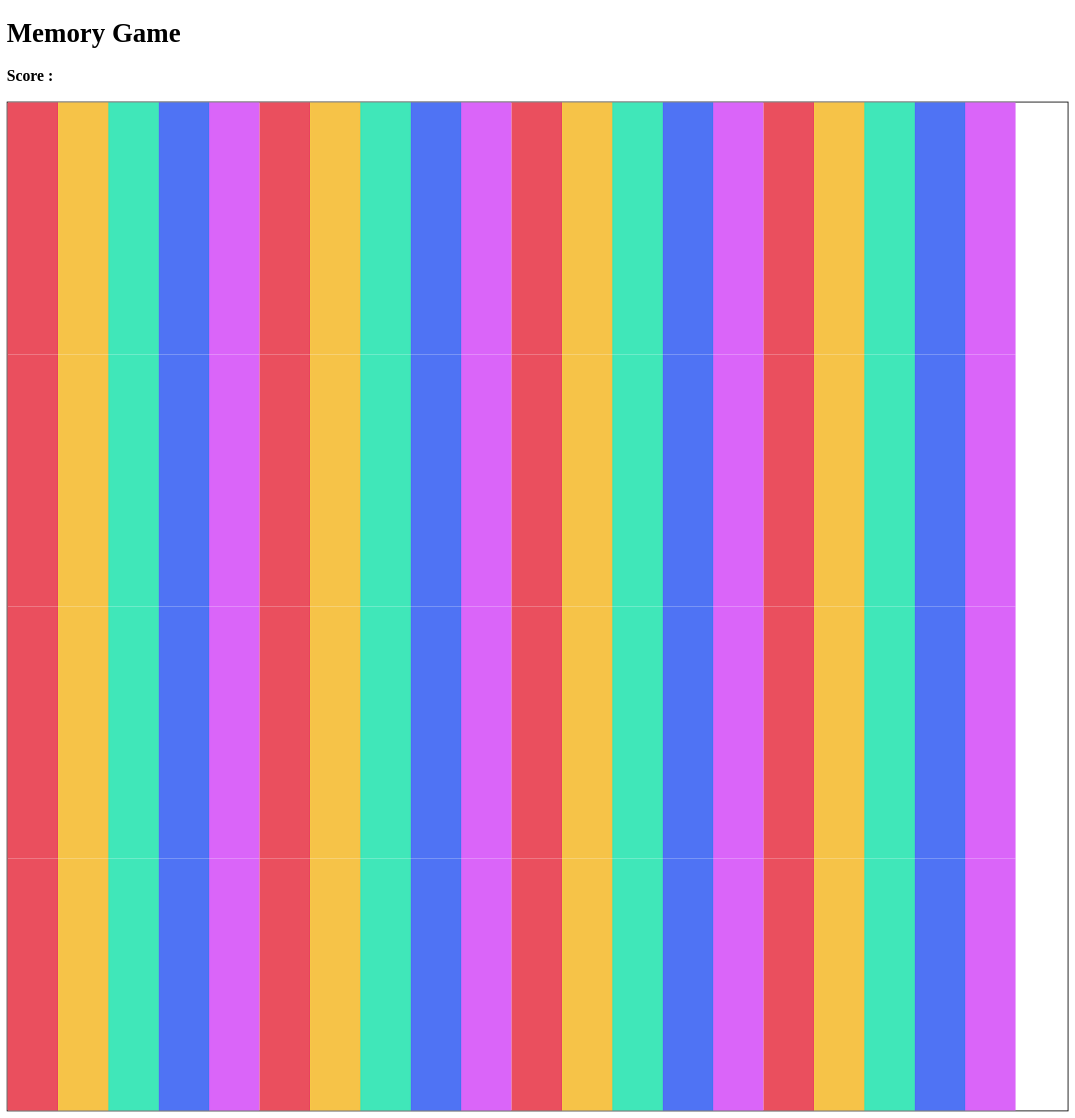
Repository: divyaravada/javascript-games
Page: memory-game/memorygame.html
An editor plug-in stored every save of this project. The page is shown before and after the next save, followed by the edit.
The browser window is 1280 px wide. The pictures show the whole page, at 84% of full size.

Above is the page before, as saved 2022-03-15 16:18:41.

### memory-game/memorygame.html
<!DOCTYPE html>
<html lang="en">
  <head>
    <meta charset="UTF-8" />
    <title>Memory Game</title>
    <link rel="stylesheet" href="./memorystyle.css" />
  </head>
  <body>
    <div>
      <h1>Memory Game</h1>
    </div>

    <div>
      <h3>Score : <span id="result"></span></h3>
    </div>

    <div id="grid"></div>

    <script src="./memory.js"></script>
  </body>
</html>

### memory-game/memorystyle.css
#grid {
  display: flex;
  flex-wrap: wrap;
  border: 1px solid black;
}
#grid img {
  width: 300px;
  height: 300px;
}

### memory-game/memory.js
const cardArray = [
  {
    name: "redcar",
    img: "images/redcar.png",
  },
  {
    name: "whitecar",
    img: "images/whitecar.png",
  },
  {
    name: "yellowcar",
    img: "images/yellowcar.jpg",
  },
  {
    name: "purplecar",
    img: "images/purplecar.png",
  },
  {
    name: "greencar",
    img: "images/greencar.png",
  },
  {
    name: "browncar",
    img: "images/browncar.png",
  },
  {
    name: "bluecar",
    img: "images/bluecar.jpg",
  },
  {
    name: "blackcar",
    img: "images/blackcar.png",
  },
  {
    name: "redcar",
    img: "images/redcar.png",
  },
  {
    name: "whitecar",
    img: "images/whitecar.png",
  },
  {
    name: "yellowcar",
    img: "images/yellowcar.jpg",
  },
  {
    name: "purplecar",
    img: "images/purplecar.png",
  },
  {
    name: "greencar",
    img: "images/greencar.png",
  },
  {
    name: "browncar",
    img: "images/browncar.png",
  },
  {
    name: "bluecar",
    img: "images/bluecar.jpg",
  },
  {
    name: "blackcar",
    img: "images/blackcar.png",
  },
];

cardArray.sort(() => 0.5 - Math.random());

const gridDisplay = document.querySelector("#grid");
const resultDisplay = document.querySelector("#result");
let cardsChoosen = [];
let cardsChoosenIds = [];
const cardsWon = [];

function createBoard() {
  for (let i = 0; i < cardArray.length; i++) {
    const card = document.createElement("img");
    card.setAttribute("src", "images/rainbow.png");
    card.setAttribute("data-id", i);
    card.addEventListener("click", flipCard);
    gridDisplay.appendChild(card);
  }
}
createBoard();

function checkMatch() {
  const cards = document.querySelectorAll("img");
  const optionOneId = cardsChoosenIds[0];
  const optionTwoId = cardsChoosenIds[1];
  if (optionOneId == optionTwoId) {
    cards[optionOneId].setAttribute("src", "images/rainbow.png");
    cards[optionTwoId].setAttribute("src", "images/rainbow.png");
    alert("You have clicked the same image!");
  }

  if (cardsChoosen[0] == cardsChoosen[1]) {
    alert("You found a match");
    cards[optionOneId].setAttribute("src", "images/white.png");
    cards[optionTwoId].setAttribute("src", "images/white.png");
    cards[optionOneId].removeEventListener("click", flipCard);
    cards[optionTwoId].removeEventListener("click", flipCard);
    cardsWon.push(cardsChoosen);
  } else {
    cards[optionOneId].setAttribute("src", "images/rainbow.png");
    cards[optionTwoId].setAttribute("src", "images/rainbow.png");
    alert("Sorry Try again!");
  }
  resultDisplay.textContent = cardsWon.length;
  cardsChoosen = [];
  cardsChoosenIds = [];

  if (cardsWon.length == cardArray.length / 2) {
    resultDisplay.textContent = "Congratulations you found them all";
  }
}

function flipCard() {
  const cardId = this.getAttribute("data-id");
  cardsChoosen.push(cardArray[cardId].name);
  cardsChoosenIds.push(cardId);
  this.setAttribute("src", cardArray[cardId].img);
  if (cardsChoosen.length === 2) {
    setTimeout(checkMatch, 500);
  }
}

After the next save:
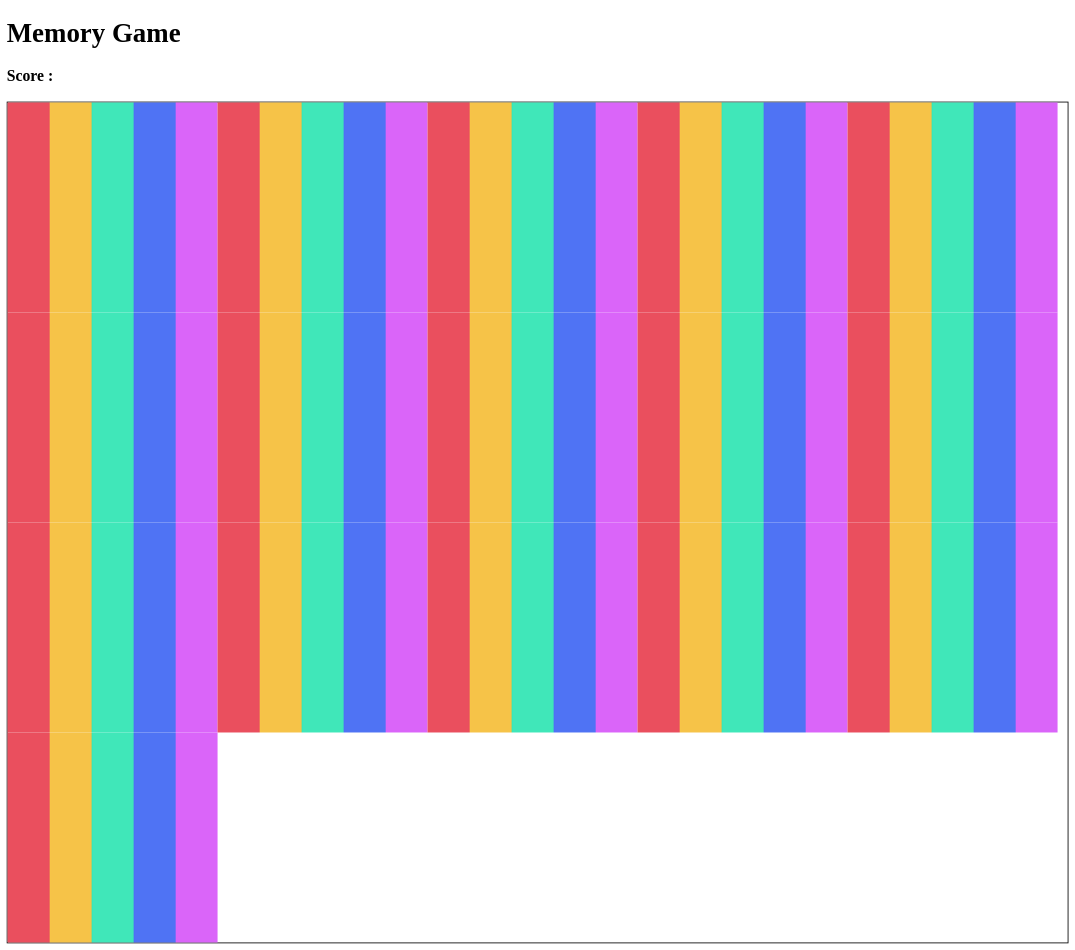
Saved 16 s later.
--- a/memory-game/memorystyle.css
+++ b/memory-game/memorystyle.css
@@ -4,6 +4,6 @@
   border: 1px solid black;
 }
 #grid img {
-  width: 300px;
-  height: 300px;
+  width: 250px;
+  height: 250px;
 }
